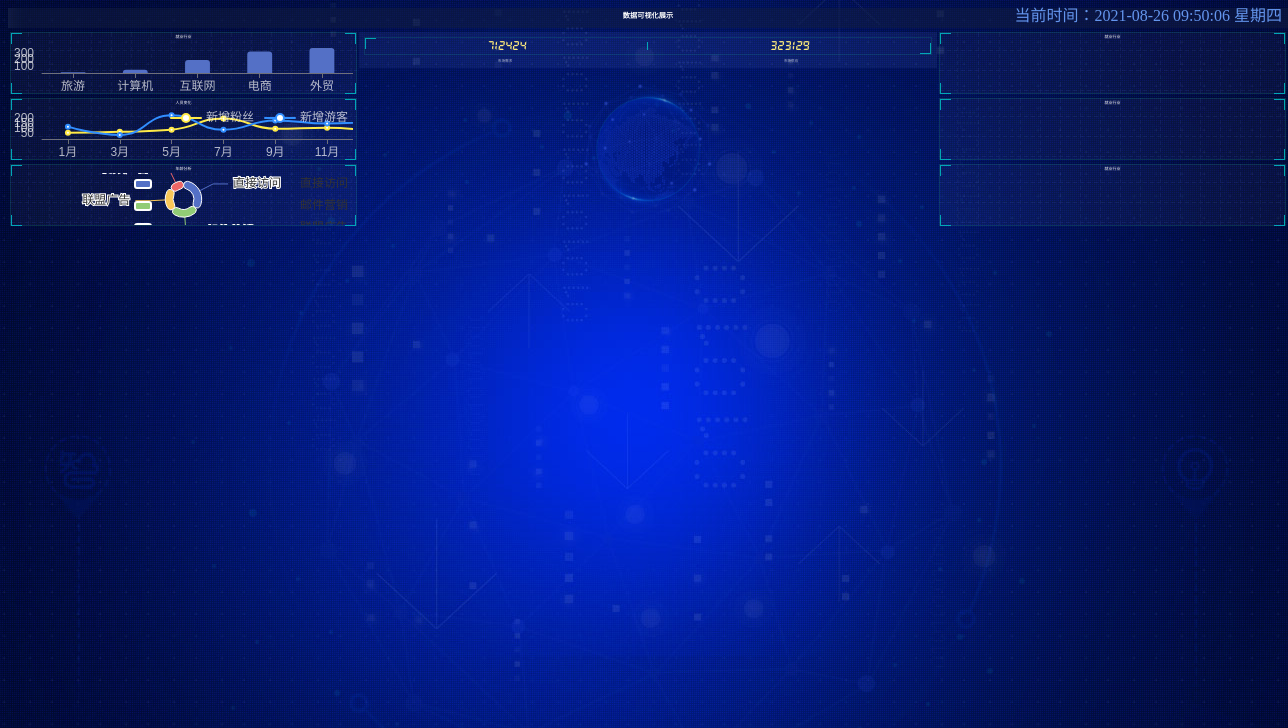
Repository: jiang-1990/DataVM
Page: /
These files come from the project's save history. The page is drawn as it stood at one moment and after the next save; the edit follows.
The browser window is 1280 px wide. The page is 1288 px wide, so the pictures cover 1288 px, including what lies to the right of the window. The pictures show the whole page.
The project was rebuilt for these pictures with package versions that can differ from the ones it lists, and the page was loaded fresh each time.

Above is the page before, as saved 2021-08-27 15:24:14.

After the next save:
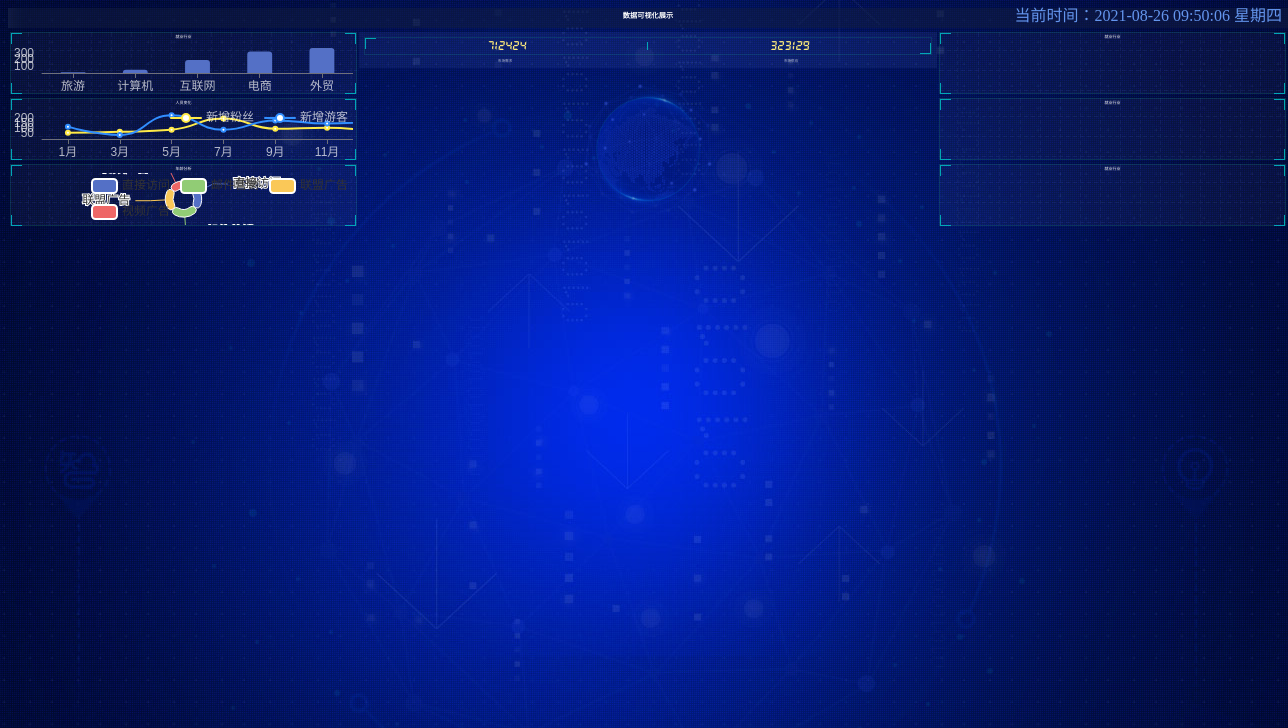
Saved 65 s later.
--- a/src/components/bigScreen.vue
+++ b/src/components/bigScreen.vue
@@ -123,8 +123,9 @@
         legend: {
           top: "0",
           right: "0",
-          itemWidth :"16",
-          itemHeight:"8",
+          itemStyle:{
+
+          },
         },
         series: [
           {

After the save that followed:
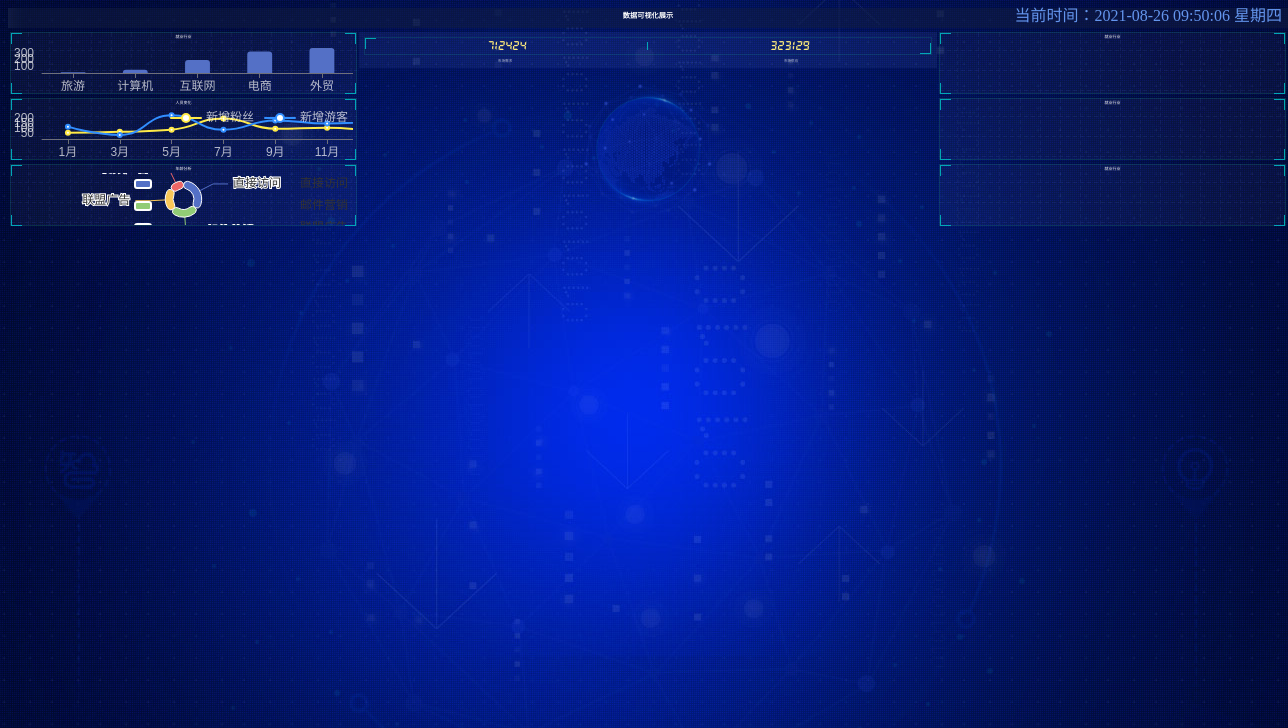
Saved 28 s later.
--- a/src/components/bigScreen.vue
+++ b/src/components/bigScreen.vue
@@ -123,6 +123,8 @@
         legend: {
           top: "0",
           right: "0",
+          itemWidth :"16",
+          itemHeight:"8",
           itemStyle:{
 
           },
